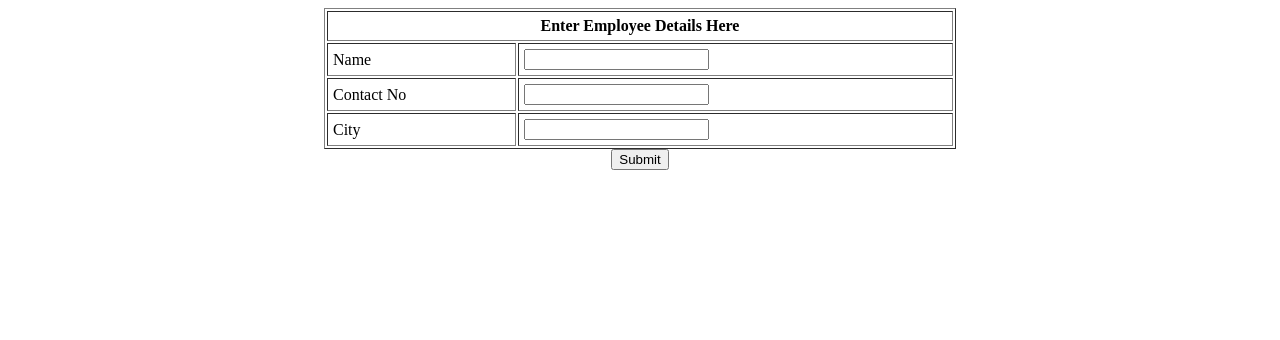
Repository: radhikasarda/RestEasyDemo
Page: http://localhost/RestDemo/
The author's editor kept a copy of each file at every save. The page is drawn from the files as they stood at one save, then again after the next save.
The browser window is 1280 px wide. The pictures show the whole page.
The page is served by Tomcat 9. Nobody is signed in. The application's start-up code is not run. Other server files are loaded and not shown.

Above is the page before, as saved 2019-06-25 12:12:48.

### RestDemo/src/main/webapp/index.jsp
<%@ page language="java" contentType="text/html; charset=ISO-8859-1"
    pageEncoding="ISO-8859-1"%>
<!DOCTYPE html PUBLIC "-//W3C//DTD HTML 4.01 Transitional//EN" "http://www.w3.org/TR/html4/loose.dtd">
<html>
<head>
<meta http-equiv="Content-Type" content="text/html; charset=ISO-8859-1">
<title>CRUD OPERATIONS</title>
</head>
<body>


<form action="<%=request.getContextPath() %>/add" method="post" name="insertForm">
<center>
      <table border="1" width="50%" cellpadding="5">
      <thead>
                    <tr>
                        <th colspan="2">Enter Employee Details Here</th>
                    </tr>
        </thead>
        <tbody>
        <tr>
          <td>Name</td>
          <td><input type="text" name="name" required/></td>
        </tr>

        <tr>
          <td>Contact No</td>
          <td><input type="text" name="contact" maxlength="10" required/></td>
        </tr>

        <tr>
          <td>City</td>
          <td><input type="text" name="city" required/></td>
        </tr>

        </tbody>
      </table>
      <input type="submit" value="Submit" name="button" />
      </center>
      </form>
</body>
</html>

After the next save:
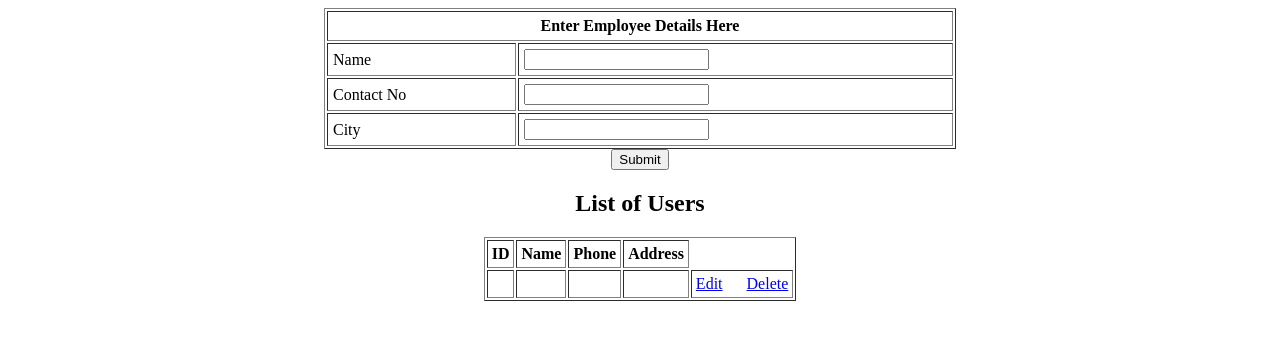
Saved 5 min 8 s later.
--- a/RestDemo/src/main/webapp/index.jsp
+++ b/RestDemo/src/main/webapp/index.jsp
@@ -36,6 +36,35 @@
         </tbody>
       </table>
       <input type="submit" value="Submit" name="button" />
+      <table border="1" cellpadding="4">
+            <caption><h2>List of Users</h2></caption>
+            <tr>
+                <th>ID</th>
+                <th>Name</th>
+                <th>Phone</th>
+                <th>Address</th>
+
+            </tr>
+            <c:forEach var="user" items="${listUser}">
+                <tr>
+                    <td><c:out value="${user.id}" /></td>
+                    <td><c:out value="${user.emp_name}" /></td>
+                    <td><c:out value="${user.phone}" /></td>
+                    <td><c:out value="${user.traineeAddress}" /></td>
+
+                    <td>
+                     <a href="edit?id=<c:out value='${user.id}' />">Edit</a>
+                     &nbsp;&nbsp;&nbsp;&nbsp;
+                     <a href="delete?id=<c:out value='${user.id}' />">Delete</a>
+                    </td>
+                </tr>
+            </c:forEach>
+        </table>
+
+
+
+
+
       </center>
       </form>
 </body>
